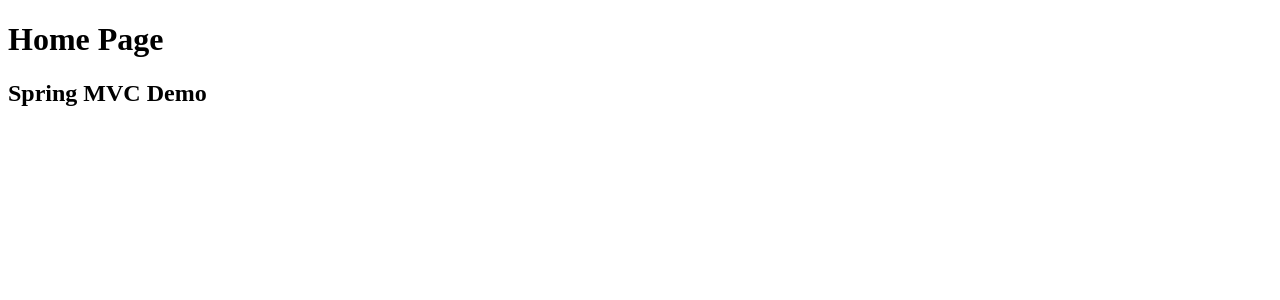
Repository: Nit-isha/Java-Spring-WEB
Page: 1-Spring-web-MVC/src/main/webapp/index.html
An editor plug-in stored every save of this project. The page is shown before and after the next save, followed by the edit.
The browser window is 1280 px wide. The pictures show the whole page.

Above is the page before, as saved 2022-10-06 09:38:01.

After the next save:
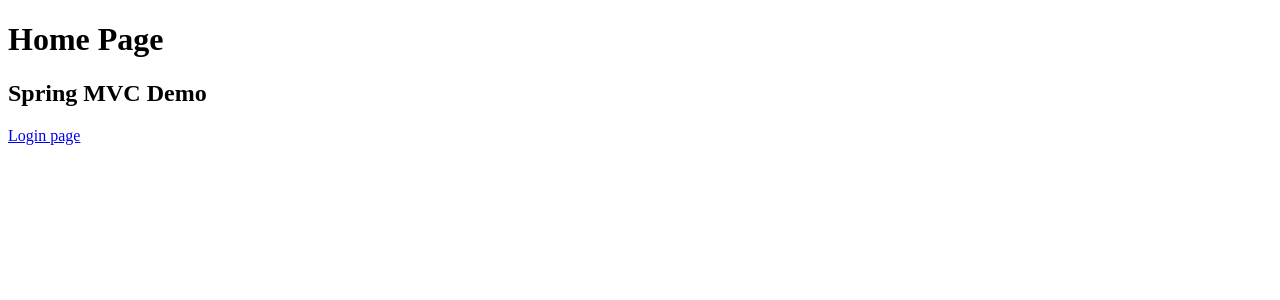
Saved 7 min 50 s later.
--- a/1-Spring-web-MVC/src/main/webapp/index.html
+++ b/1-Spring-web-MVC/src/main/webapp/index.html
@@ -7,5 +7,6 @@
 	<body>
 		<h1>Home Page</h1>
 		<h2>Spring MVC Demo</h2>
+		<a href = "login">Login page</a>
 	</body>
 </html>
